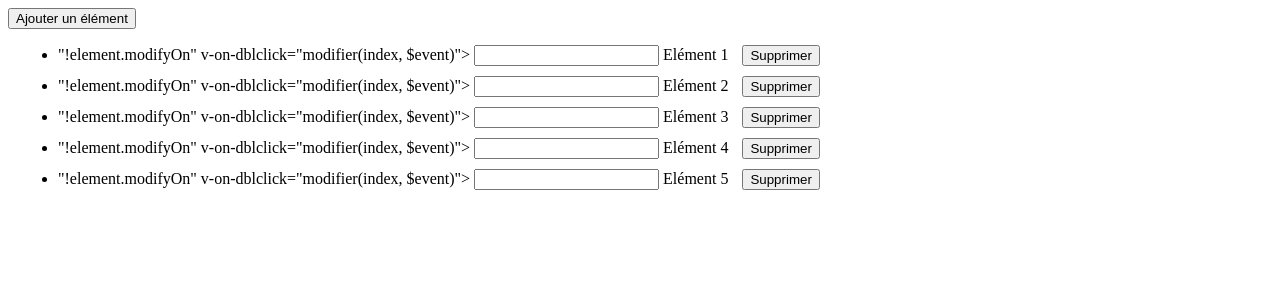
Repository: arione15/Livre_Serrion-Vue.js
Page: index.html
The author's editor kept a copy of each file at every save. The page is drawn from the files as they stood at one save, then again after a run of saves.
The browser window is 1280 px wide. The pictures show the whole page.

Above is the page before, as saved 2021-09-08 12:54:21.

### index.html
<!DOCTYPE html>
<html lang="en">

<head>
    <meta charset="UTF-8">
    <meta http-equiv="X-UA-Compatible" content="IE=edge">
    <meta name="viewport" content="width=device-width, initial-scale=1.0">
    <title>Liste</title>
    <script src="https://cdn.jsdelivr.net/npm/vue/dist/vue.js"></script>
</head>

<body>

    <div id="root"></div>

</body>

<script>
    const vm = new Vue({
        el: "div#root",
        template: `
            <div>
                <button v-on:click="ajouter()">Ajouter un élément</button>
                <ul>
                    <li v-for="(element, index) of elements" style="margin:10px">
                        <span v-if"!element.modifyOn" v-on-dblclick="modifier(index, $event)">
                            <input type="text">
                            {{element.text}}</span>
                    <button v-on:click="supprimer(index)" style="margin-left:10px">Supprimer</button>
                </li>
                </ul>
                <span v-if="elements.length === 0">La liste est vide !!</span>
            </div>
        `,
        data: {
            elements: [
                { text: "Elément 1", modifyOn: false },
                { text: "Elément 2", modifyOn: false },
                { text: "Elément 3", modifyOn: false },
                { text: "Elément 4", modifyOn: false },
                { text: "Elément 5", modifyOn: false },
            ]
        },
        methods: {
            supprimer(index){
                this.elements = this.elements.filter(function cb(elt,i){
                    if(index===i) return false;
                    else return true;
                })
            },
            ajouter(){
                const length = this.elements.length + 1;
                const element = { text: `Elément ` + length, modifyOn: false };
                this.elements.push(element);
            },
            modifier(index, event){
                this.elements[index].modifyOn = truse;
            }



        }
    })
</script>

</html>

After the next 2 saves:
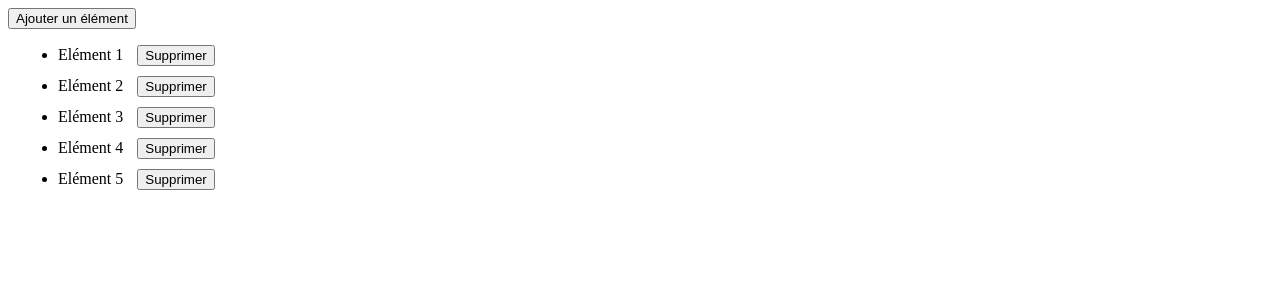
The 2 saves are shown as one change because they came seconds apart.
The last was saved 17 s later.
--- a/index.html
+++ b/index.html
@@ -24,7 +24,7 @@
                 <ul>
                     <li v-for="(element, index) of elements" style="margin:10px">
                         <span v-if"!element.modifyOn" v-on-dblclick="modifier(index, $event)">
-                            <input type="text">
+                            <input v-else type="text">
                             {{element.text}}</span>
                     <button v-on:click="supprimer(index)" style="margin-left:10px">Supprimer</button>
                 </li>
